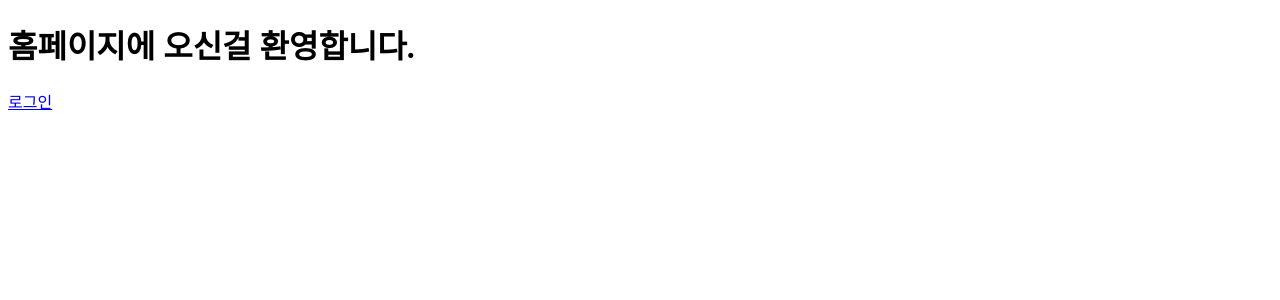
Repository: ExiNni/Travel-Project
Page: http://localhost/project_login/home.jsp
An editor plug-in stored every save of this project. The page is shown before and after the next save, followed by the edit.
The browser window is 1280 px wide. The pictures show the whole page.
The page is served by Tomcat 9. Other server files are loaded and not shown.

Above is the page before, as saved 2023-11-08 01:38:20.

### project_login/src/main/webapp/home.jsp
<%@ page language="java" contentType="text/html; charset=EUC-KR"
    pageEncoding="EUC-KR"%>
<!DOCTYPE html>
<html>
<head>
<meta charset="EUC-KR">
<title>홈페이지</title>
<script>
	function displayLoginFail(){
		alert("로그인에 실패하였습니다.");// 팝업으로 표시할 오류 메세지
	}
</script>
</head>
<body>
<h1>홈페이지에 오신걸 환영합니다.</h1>
<!-- 만약에 로그인인 상태일경우 로그인 버튼을 숨기고 싶고
	로그아웃 버튼이 보이게 하고 싶을 경우
 -->
 <%
 	if (session.getAttribute("mno") != null){
 %>
 	<a href="logout.jsp">로그아웃</a>
 <%
 	} else{
 %>
	<a href="login.jsp">로그인</a>
 <%
	}
 %>

 <%
   String loginError = (String) request.getAttribute("loginError");

 	if(loginError != null) {
 %>
 <script>
 	displayLoginFail();
 </script>

<%
 	}
%>

	<!-- % %자바코드로 변수정의, 반복문, 조건문 메서드 호출 등
									행위를 표현하는 공간	-->
	<!-- %= %는 어떤 값에 대한 결과를 출력하는 공간    -->


</body>
</html>

After the next save:
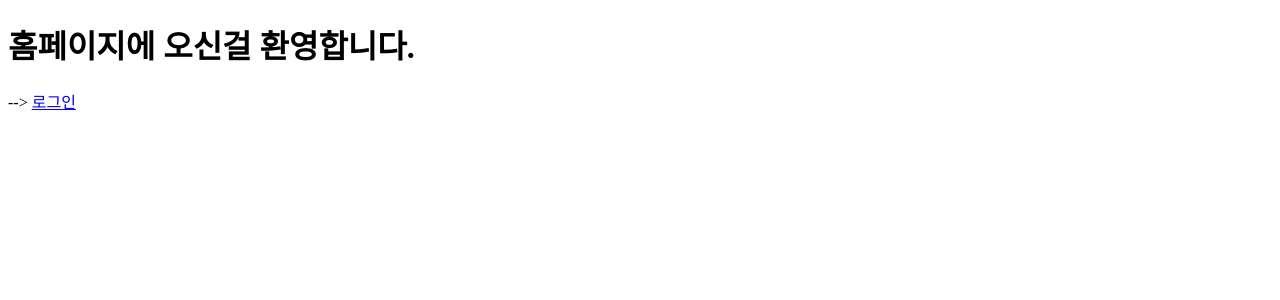
Saved 6 min 12 s later.
--- a/project_login/src/main/webapp/home.jsp
+++ b/project_login/src/main/webapp/home.jsp
@@ -13,8 +13,6 @@
 </head>
 <body>
 <h1>홈페이지에 오신걸 환영합니다.</h1>
-<!-- 만약에 로그인인 상태일경우 로그인 버튼을 숨기고 싶고
-	로그아웃 버튼이 보이게 하고 싶을 경우
  -->
  <%
  	if (session.getAttribute("mno") != null){
@@ -41,10 +39,5 @@
  	}
 %>
 
-	<!-- % %자바코드로 변수정의, 반복문, 조건문 메서드 호출 등
-									행위를 표현하는 공간	-->
-	<!-- %= %는 어떤 값에 대한 결과를 출력하는 공간    -->
-
-
 </body>
 </html>

After the save that followed:
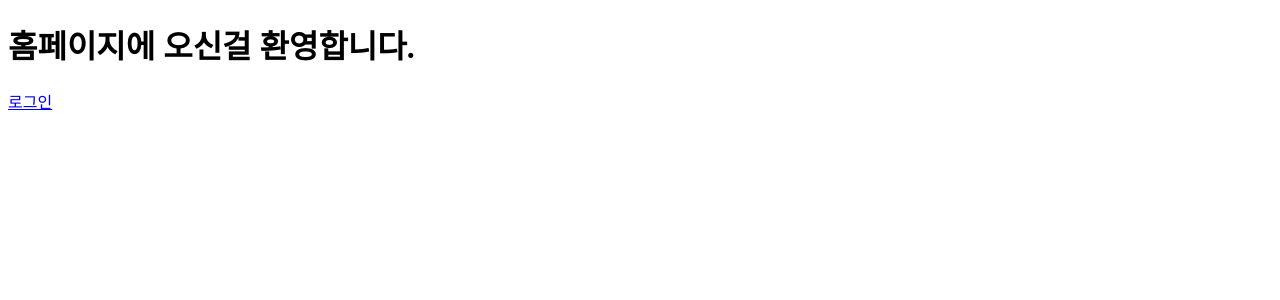
Saved 4 s later.
--- a/project_login/src/main/webapp/home.jsp
+++ b/project_login/src/main/webapp/home.jsp
@@ -13,7 +13,6 @@
 </head>
 <body>
 <h1>홈페이지에 오신걸 환영합니다.</h1>
- -->
  <%
  	if (session.getAttribute("mno") != null){
  %>
